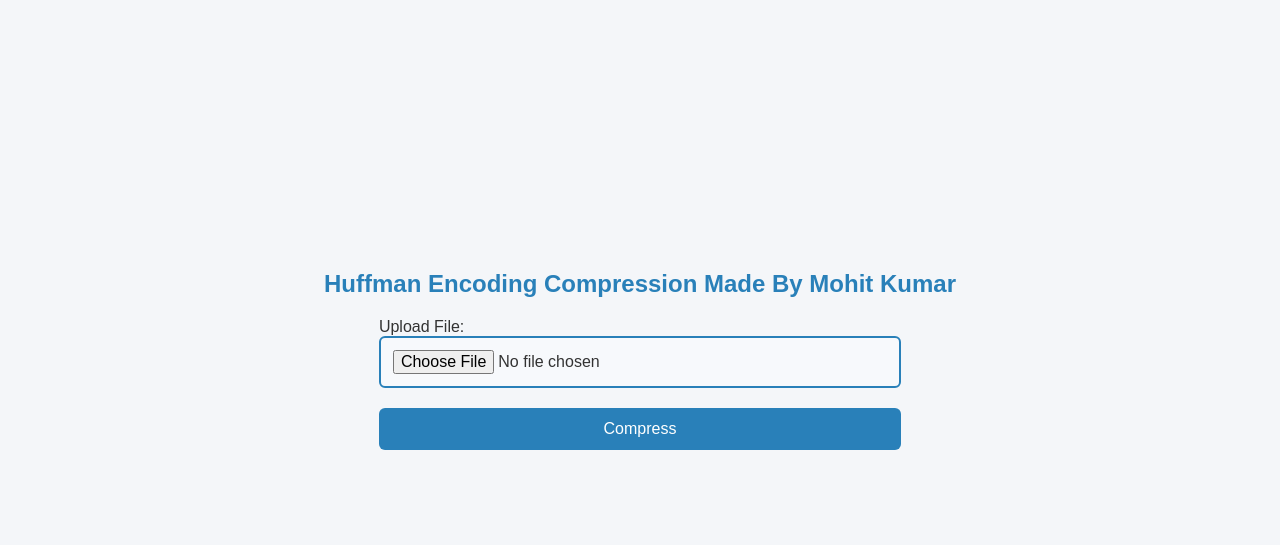
Repository: Mohitkumar1322/huffmane_coding
Page: http://localhost/
An editor plug-in stored every save of this project. The page is shown before and after a run of saves, followed by the edit.
The browser window is 1280 px wide. The pictures show the whole page.
The page is served by the project's application, run on Flask 3 (main.py). Other server files are loaded and not shown.

Above is the page before, as saved 2024-11-07 19:23:46.

### templates/index.html
<!DOCTYPE html>
<html lang="en">
<head>
    <meta charset="UTF-8">
    <meta name="viewport" content="width=device-width, initial-scale=1.0">
    <link rel="stylesheet" href="{{ url_for('static', filename='styles.css') }}">
    <title>Huffman Encoding</title>
</head>
<body>
    <h1>Huffman Encoding Compression Made By Mohit Kumar</h1>
    <form action="/compress" method="POST" enctype="multipart/form-data">
        <label for="file">Upload File:</label>
        <input type="file" name="file" required>
        <button type="submit">Compress</button>
    </form>
</body>
</html>

### main.py
from flask import Flask, render_template, request, send_from_directory

from huffman import HuffmanCode  # Your existing HuffmanCode class

app = Flask(__name__)

@app.route('/')
def home():
    return render_template('index.html')  # Render the home page

@app.route('/compress', methods=['POST'])
def compress_file():
    if request.method == 'POST':
        file = request.files['file']
        if file:
            path = 'uploaded_file.txt'  #  is helps to save the file at location
            file.save(path)

            # here we call the huffman coding class from huffman.py
            huffman = HuffmanCode(path)
            output_file = huffman.compression()  # Process the file and return the compressed file path

            return f'File compressed successfully. Download it <a href="/download/{output_file}">here</a>'

@app.route('/download/<filename>')
def download_file(filename):
    return send_from_directory(directory='.', path=filename)

if __name__ == '__main__':
    app.run(debug=True)

### static/styles.css
/* Basic Reset */
* {
    margin: 0;
    padding: 0;
    box-sizing: border-box;
}

body {
    font-family: 'Arial', sans-serif;
    background-color: #f4f6f9;
    color: #333;
    display: flex;
    justify-content: center;
    align-items: center;
    height: 100vh;
    flex-direction: column;
}

/* Container for the content */
.container {
    background-color: #ffffff;
    box-shadow: 0 4px 8px rgba(0, 0, 0, 0.1);
    border-radius: 8px;
    padding: 30px;
    width: 350px;
    text-align: center;
}

/* Heading Style */
h1 {
    font-size: 24px;
    color: #2980B9;
    margin-bottom: 20px;
    font-weight: bold;
}

/* Input Fields Style */
input[type="file"] {
    width: 100%;
    padding: 12px;
    border: 2px solid #2980B9;
    border-radius: 6px;
    background-color: #f7f9fc;
    font-size: 16px;
    margin-bottom: 20px;
}

/* Submit Button */
button {
    width: 100%;
    padding: 12px;
    border: none;
    background-color: #2980B9;
    color: white;
    font-size: 16px;
    cursor: pointer;
    border-radius: 6px;
    transition: background-color 0.3s ease;
}

button:hover {
    background-color: #1f6f9f;
}

/* Link Style */
a {
    display: inline-block;
    margin-top: 20px;
    color: #2980B9;
    text-decoration: none;
    font-weight: bold;
}

a:hover {
    text-decoration: underline;
}

/* Alert/Message for status */
.message {
    margin-top: 20px;
    padding: 10px;
    background-color: #f9f9f9;
    color: #2c3e50;
    border: 1px solid #bdc3c7;
    border-radius: 6px;
    font-size: 14px;
}

.message.success {
    background-color: #d4edda;
    color: #155724;
    border-color: #c3e6cb;
}

.message.error {
    background-color: #f8d7da;
    color: #721c24;
    border-color: #f5c6cb;
}

After the next 3 saves:
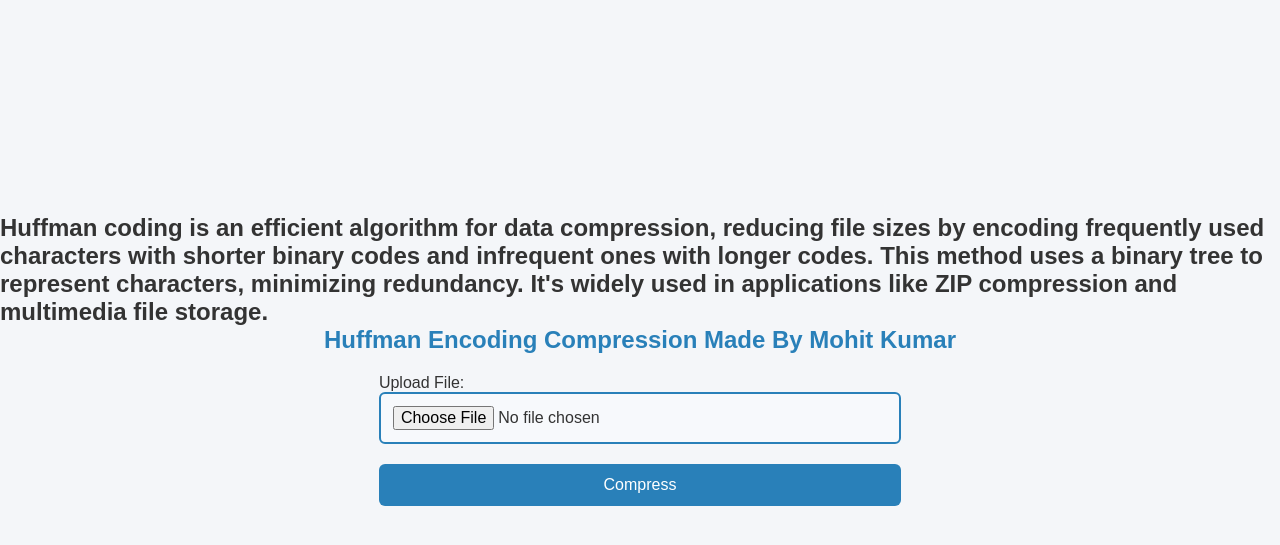
The 3 saves are shown as one change because they came seconds apart.
The last was saved 65 s later.
--- a/templates/index.html
+++ b/templates/index.html
@@ -7,6 +7,7 @@
     <title>Huffman Encoding</title>
 </head>
 <body>
+    <h2>Huffman coding is an efficient algorithm for data compression, reducing file sizes by encoding frequently used characters with shorter binary codes and infrequent ones with longer codes. This method uses a binary tree to represent characters, minimizing redundancy. It's widely used in applications like ZIP compression and multimedia file storage.</h2>
     <h1>Huffman Encoding Compression Made By Mohit Kumar</h1>
     <form action="/compress" method="POST" enctype="multipart/form-data">
         <label for="file">Upload File:</label>
